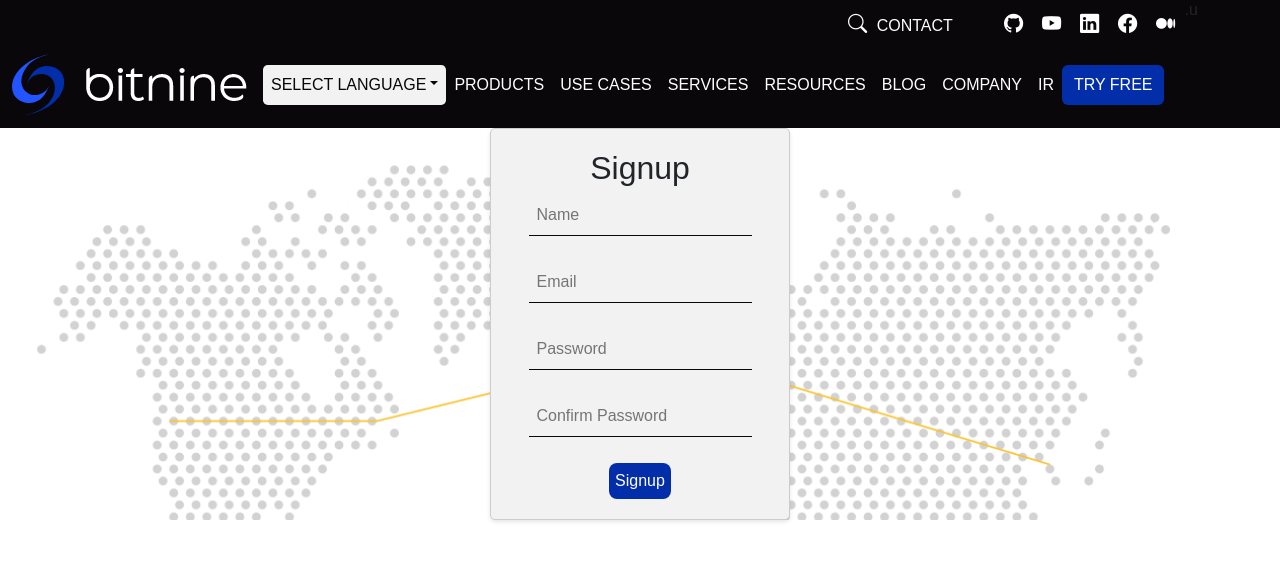
Repository: devblackie/signinpage
Page: /
The author's editor kept a copy of each file at every save. The page is drawn from the files as they stood at one save, then again after the next save.
The browser window is 1280 px wide. The pictures show the whole page.
Some web fonts or font styles are not loaded; a fallback is used. The project was rebuilt for these pictures with package versions that can differ from the ones it lists, and the page was loaded fresh each time. Also part of the build but not shown: vite.config.js, src/components/Login.jsx, src/components/Dashboard.jsx, src/components/Home.jsx, src/components/ProtectedDashboard.jsx.

Above is the page before, as saved 2023-08-28 17:49:32.

### index.html
<!doctype html>
<html lang="en">
  <head>
    <meta charset="UTF-8" />
    <link rel="preconnect" href="https://fonts.googleapis.com">
<link rel="preconnect" href="https://fonts.gstatic.com" crossorigin>
<link href="https://fonts.googleapis.com/css2?family=Monda:wght@400;700&display=swap" rel="stylesheet">
    <link rel="stylesheet" href="https://cdn.jsdelivr.net/npm/bootstrap-icons@1.10.5/font/bootstrap-icons.css">
    <link href="https://cdn.jsdelivr.net/npm/bootstrap@5.3.1/dist/css/bootstrap.min.css" rel="stylesheet" integrity="sha384-4bw+/aepP/YC94hEpVNVgiZdgIC5+VKNBQNGCHeKRQN+PtmoHDEXuppvnDJzQIu9" crossorigin="anonymous">
    <meta name="viewport" content="width=device-width, initial-scale=1.0" />
    <title>Bitnine Login</title>
  </head>
  <body>
    <div id="root"></div>
    <script type="module" src="/src/main.jsx"></script>
    <script src="https://cdn.jsdelivr.net/npm/bootstrap@5.3.1/dist/js/bootstrap.bundle.min.js" integrity="sha384-HwwvtgBNo3bZJJLYd8oVXjrBZt8cqVSpeBNS5n7C8IVInixGAoxmnlMuBnhbgrkm" crossorigin="anonymous"></script>
  </body>
</html>

### src/main.jsx
import React from "react";
import ReactDOM from "react-dom";
import App from "./App";
import { UserProvider } from "./components/UserContext";

ReactDOM.render(
  <UserProvider>
    <App />
  </UserProvider>,
  document.getElementById("root")
);

### src/App.jsx
import React, { useState } from "react";
import { BrowserRouter as Router, Route, Routes } from "react-router-dom";
import Signup from "./components/Signup";
import Login from "./components/Login";
import Dashboard from "./components/Dashboard";
import Home from "./components/Home";
import ProtectedDashboard from "./components/ProtectedDashboard";
import "./App.css";

const App = () => {
  const [isAuthenticated, setIsAuthenticated] = useState(false);

  const handleLogin = () => {
    setIsAuthenticated(true);
  };

  return (
    <Router>
      <Routes>
        <Route
          path="/"
          element={
            <div>
              <Signup handleLogin={handleLogin} />
              {/* <Login handleLogin={handleLogin} /> */}
            </div>
          }
        />
        <Route
          path="/dashboard"
          // element={<ProtectedDashboard isAuthenticated={isAuthenticated} />}
          element={<Dashboard />}
        />
        <Route
          path="/home"
          // element={<ProtectedDashboard isAuthenticated={isAuthenticated} />}
          element={<Home />}
        />
      </Routes>
    </Router>
  );
};

export default App;

### src/components/UserContext.jsx
import React, { createContext, useContext, useState } from "react";

const UserContext = createContext();

export function UserProvider({ children }) {
  const [userName, setUserName] = useState("");

  return (
    <UserContext.Provider value={{ userName, setUserName }}>
      {children}
    </UserContext.Provider>
  );
}

export function useUser() {
  return useContext(UserContext);
}

### src/components/Signup.jsx
import React, { useState } from "react";
import "./signup.css";
import { useUser } from "./UserContext";
import { useNavigate } from "react-router-dom";
import Header from "./Header";

const Signup = ({ handleLogin }) => {
  // States for registration
  const [email, setEmail] = useState("");
  const [name, setName] = useState("");
  const [password, setPassword] = useState("");
  const [cpassword, setCPassword] = useState("");
  const [formErrors, setFormErrors] = useState({});
  const navigate = useNavigate();
  const { setUserName } = useUser(); // Ret

  // State for tracking submission status
  const [submissionStatus, setSubmissionStatus] = useState("none"); // Possible values: "none", "success", "error"

  // Handling input changes
  const handleInputChange = (e) => {
    const { name, value } = e.target;
    if (name === "name") setName(value);
    if (name === "email") setEmail(value);
    if (name === "password") setPassword(value);
    if (name === "cpassword") setCPassword(value);
    setSubmissionStatus("none");
  };

  const handleSignform = (e) => {
    e.preventDefault();
    const errors = validateForm();
    if (Object.keys(errors).length === 0) {
      setSubmissionStatus("success");
      setUserName(name); // Set the userName in the context
    } else {
      setFormErrors(errors);
      setSubmissionStatus("error");
    }
  };

  // Form validations
  const validateForm = () => {
    const errors = {};
    const regex = /^[^\s+@]+@[^\s@]+\.[^\s@]{2,}$/i;

    if (!name) errors.name = "Name is required";
    if (!email) errors.email = "Email is required";
    else if (!regex.test(email))
      errors.email = "This is not a valid email format!";

    if (!password) errors.password = "Password is required";
    else if (password.length < 4)
      errors.password = "Password must be more than 4 characters";
    else if (password.length > 10)
      errors.password = "Password cannot exceed more than 10 characters";

    if (!cpassword) errors.cpassword = "Confirm Password is required";
    else if (cpassword !== password)
      errors.cpassword = "Confirm password and password should be the same";
    return errors;
  };

  return (
    <>
      <Header userName={name} />
      <div className="form-container">
        {submissionStatus === "success" ? (
          <div className="success">
            <h1>User {name} successfully registered!!</h1>
            <a onClick={() => navigate("/home")}>
              Click to continue to the main site
            </a>
          </div>
        ) : (
          <form onSubmit={handleSignform}>
            <h2>Signup</h2>
            <input
              type="text"
              name="name"
              placeholder="Name"
              value={name}
              onChange={handleInputChange}
            />
            <p className="error">{formErrors.name}</p>
            <input
              type="email"
              name="email"
              placeholder="Email"
              value={email}
              onChange={handleInputChange}
            />
            <p className="error">{formErrors.email}</p>
            <input
              type="password"
              name="password"
              placeholder="Password"
              value={password}
              onChange={handleInputChange}
            />
            <p className="error">{formErrors.password}</p>
            <input
              type="password"
              placeholder="Confirm Password"
              value={cpassword}
              name="cpassword"
              onChange={handleInputChange}
            />
            <p className="error">{formErrors.cpassword}</p>
            <button className-="bton" type="submit">
              Signup
            </button>
          </form>
        )}
      </div>
    </>
  );
};

export default Signup;

### src/App.css
#root {
  max-width: 1280px;
  margin: 0 auto;
  padding: 2rem;
  text-align: center;
}
.btn1{background-color:#022ea9;
  color:#fff;
  outline:none;
  border:none;}
  .btn1:hover{
    color:orange;
    background-color:#022ea9;
  }


@media (prefers-reduced-motion: no-preference) {
  a:nth-of-type(2) .logo {
    animation: logo-spin infinite 20s linear;
  }
}

.card {
  padding: 2em;
}

.read-the-docs {
  color: #888;
}

### src/components/signup.css
form .error {
  color: red;
  font-size: 12px;
}
.form-container {
  background-image: url("../assets/map2.png");
  background-size: cover;
  background-repeat: no-repeat;
  font-family: "Monda", sans-serif;
  margin-top: 6em;
}
form {
  background-color: #f2f2f2;
  max-width: 300px;
  margin: 0 auto;
  padding: 20px;
  border: 1px solid #ccc;
  border-radius: 5px;
  box-shadow: 0 2px 4px rgba(0, 0, 0, 0.1);
}
form input {
  margin-bottom: 10px;
  padding: 8px;
  border: none;
  border-bottom: 1px solid #09070a;
  /* border-radius: 3px; */
  background-color: transparent;
}
input:focus,
input:focus-visible {
  outline: none;
  background-color: inherit;
}
form button {
  background-color: #022ea9;
  color: #fff;
  outline: none;
  border: none;
  border-radius: 8px;
  padding: 6px;
}
button:hover {
  color: orange;
  background-color: #022ea9;
}

### src/components/Header.jsx
import React from "react";
import "./style/navbar.css";
import {useUser} from "./UserContext"   //Path to UserContext file
import Logo from "../assets/bitnine-logo_.png";

export default function Header() {
  const {userName}= useUser()        //Retrieve userName from the context
  return (
    <>
      <div className="fixed-top header">
        <header class="topbar">
          <div class="container">
            <div class="row">
              {/* <!-- social icon--> */}
              <div class="col-sm-12">
                <ul class="social-network">
                  <div className="hovver">
                    <li>
                      <a class="waves-effect waves-dark" id="hovver" href="#">
                        <i class="bi bi-search"></i>
                      </a>
                    </li>
                    <li>
                      <a
                        class="waves-effect waves-dark tact"
                        id="hovver"
                        href="#"
                      >
                        contact
                      </a>
                    </li>
                  </div>
                  <div className="soc">
                    <li id="git">
                      <a class="waves-effect waves-dark" href="#">
                        <i class="bi bi-github"></i>
                      </a>
                    </li>
                    <li id="youtube">
                      <a class="waves-effect waves-dark" href="#">
                        <i class="bi bi-youtube"></i>
                      </a>
                    </li>
                    <li id="in">
                      <a class="waves-effect waves-dark" href="#">
                        <i class="bi bi-linkedin"></i>
                      </a>
                    </li>
                    <li id="fb">
                      <a class="waves-effect waves-dark" href="#">
                        <i class="bi bi-facebook"></i>
                      </a>
                    </li>
                    <li id="medium">
                      <a class="waves-effect waves-dark" href="#">
                        <i class="bi bi-medium"></i>
                      </a>
                    </li>
                  </div>
                  .u
                </ul>
                <p className="text warning">{userName}</p>
              </div>
            </div>
          </div>
        </header>
        <nav className="navbar navbar-expand-lg">
          <div className="container-fluid">
            <a className="navbar-brand" href="#">
              <img src={`${Logo}`} alt="logo" />
            </a>

            <div
              className="collapse navbar-collapse"
              id="navbarSupportedContent"
            >
              <ul className="navbar-nav me-auto mb-2 mb-lg-0">
                <li className="nav-item dropdown">
                  <a
                    className="nav-link dropdown-toggle color-tertiary"
                    href="#"
                    role="button"
                    data-bs-toggle="dropdown"
                    aria-expanded="false"
                  >
                    Select Language
                  </a>
                  <ul className="dropdown-menu">
                    <li>
                      <a className="dropdown-item" href="#">
                        English
                      </a>
                    </li>
                    <li>
                      <a className="dropdown-item" href="#">
                        한국
                      </a>
                    </li>
                  </ul>
                </li>
                <li className="nav-item">
                  <a className="nav-link" href="#">
                    products
                  </a>
                </li>
                <li className="nav-item">
                  <a className="nav-link" href="#">
                    use cases
                  </a>
                </li>
                <li className="nav-item">
                  <a className="nav-link" href="#">
                    services
                  </a>
                </li>
                <li className="nav-item">
                  <a className="nav-link" href="#">
                    resources
                  </a>
                </li>
                <li className="nav-item">
                  <a className="nav-link" href="#">
                    blog
                  </a>
                </li>
                <li className="nav-item">
                  <a className="nav-link" href="#">
                    company
                  </a>
                </li>
                <li className="nav-item">
                  <a className="nav-link" href="#">
                    ir
                  </a>
                </li>

                <button class="btn btn-outline-primary" type="submit">
                  TRY FREE
                </button>
              </ul>
            </div>
          </div>
        </nav>
      </div>
    </>
  );
}

### src/components/style/navbar.css
.header {
  background-color: #09070a;
  font-family: "Monda", sans-serif;
}
.nav-item .nav-link {
  color: #fff;
  text-transform: uppercase;
}
.nav-item .nav-link:active,
.nav-item .nav-link:hover {
  color: orange;
}
.dropdown {
  background-color: #f2f2f2;
  border-radius: 0.3rem;
  .nav-link {
    color: #080707;
  }
  .nav-link:hover {
    color: #080707;
  }
}


.topbar .container .row {
  margin-top: -7px;
}

ul.social-network {
  border: none;
  display: flex;
  /* justify-content:flex-end; */
  list-style: none;
  margin: 5px 0 0 -25px;
  float: right;
}
ul.social-network .hovver {
  margin-right: 3rem;
}
ul.social-network .soc {
  margin-left: 2rem;
  margin-right: 0;
}
ul.social-network .soc #git,
#youtube,
#in,
#fb,
#medium {
  position: relative;
}
ul.social-network .soc #git::before {
  content: "";
  position: absolute;
  top: -100%;
  left: 0;
  width: 100%;
  height: 100%;
  background-color: #666666;
  transition: top 0.3s ease; /* Transition effect for sliding */
  z-index: -1;
}
ul.social-network .soc #git:hover::before,
ul.social-network .soc #youtube:hover::before,
ul.social-network .soc #in:hover::before,
ul.social-network .soc #fb:hover::before,
ul.social-network .soc #medium:hover::before {
  top: 0; /* Slide the background from the top */
}

ul.social-network .soc #youtube::before {
  content: "";
  position: absolute;
  top: -100%;
  left: 0;
  width: 100%;
  height: 100%;
  background-color: red;
  transition: top 0.3s ease; /* Transition effect for sliding */
  z-index: -1;
}
ul.social-network .soc #in::before {
  content: "";
  position: absolute;
  top: -100%;
  left: 0;
  width: 100%;
  height: 100%;
  background-color: #0a66c2;
  transition: top 0.3s ease; /* Transition effect for sliding */
  z-index: -1;
}
ul.social-network .soc #fb::before {
  content: "";
  position: absolute;
  top: -100%;
  left: 0;
  width: 100%;
  height: 100%;
  background-color: #395498;
  transition: top 0.3s ease; /* Transition effect for sliding */
  z-index: -1;
}
ul.social-network .soc #medium::before {
  content: "";
  position: absolute;
  top: -100%;
  left: 0;
  width: 100%;
  height: 100%;
  background-color: #30b570;
  transition: top 0.3s ease; /* Transition effect for sliding */
  z-index: -1;
}

ul.social-network .soc li {
  border: none;
  margin: 0;
}
ul.social-network li a {
  text-decoration: none;
  text-transform: uppercase;
}
ul.social-network li a#hovver:hover {
  color: #666666;
  font-weight: 700;
  font-family: "Monda", sans-serif;
}

ul.social-network li i {
  font-size: 1.2rem;
  margin: 0;
}

ul.social-network li {
  padding: 13px 0 0;
  width: 38px;
  display: inline-block;
  text-align: center;
  height: 40px;
  vertical-align: baseline;
}

.btn {
  background-color: #022ea9;
  color: #fff;
  outline: none;
  border: none;
}
.btn:hover {
  color: orange;
  background-color: #022ea9;
}
.waves-effect {
  color: #fff;
}

After the next save:
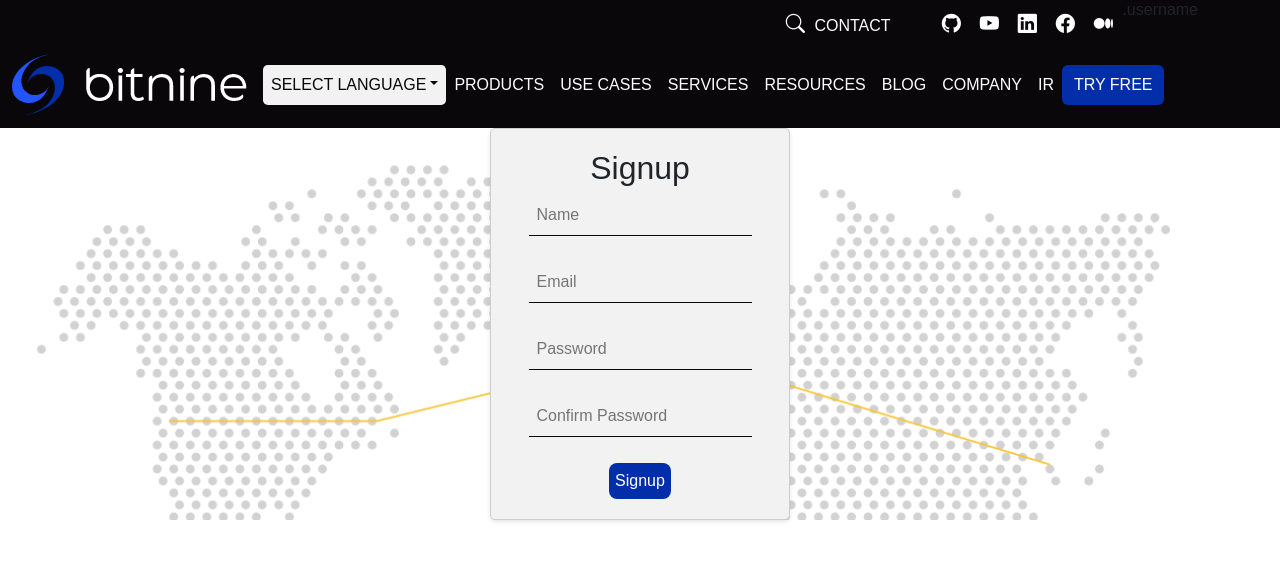
Saved 4 s later.
--- a/src/components/Header.jsx
+++ b/src/components/Header.jsx
@@ -57,7 +57,7 @@
                       </a>
                     </li>
                   </div>
-                  .u
+                  .username
                 </ul>
                 <p className="text warning">{userName}</p>
               </div>
